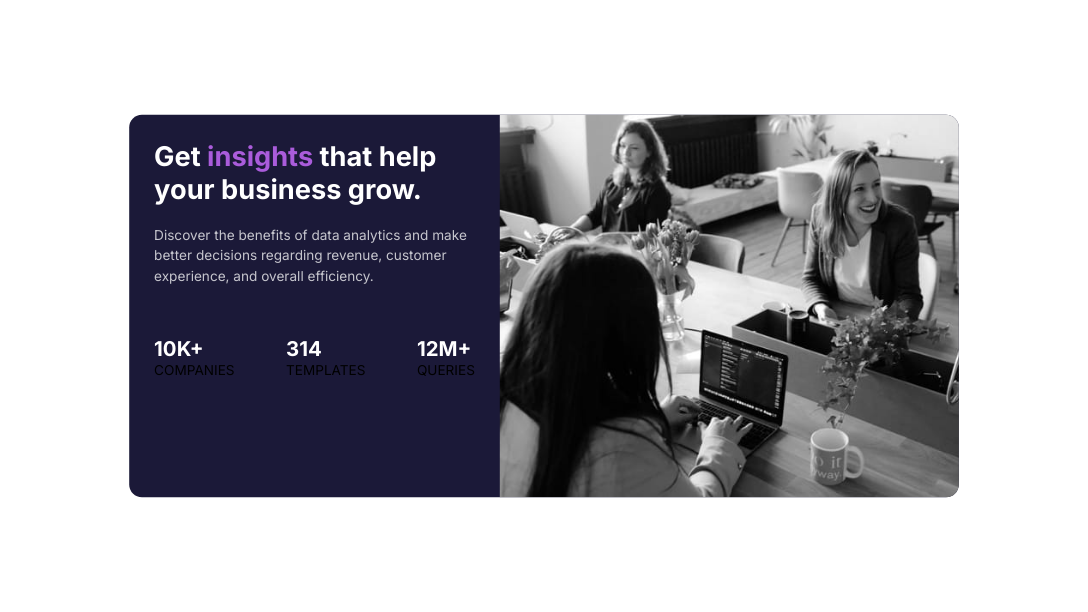
Repository: keisewarsame/stats-preview-frontendmentor
Page: index.html
An editor plug-in stored every save of this project. The page is shown before and after a run of saves, followed by the edit.
The browser window is 1280 px wide. The pictures show the whole page, at 85% of full size.

Above is the page before, as saved 2022-07-12 13:05:29.

### index.html
<!DOCTYPE html>
<html lang="en">
<head>
  <meta charset="UTF-8">
  <meta name="viewport" content="width=device-width, initial-scale=1.0"> <!-- displays site properly based on user's device -->
  <link rel="icon" type="image/png" sizes="32x32" href="./images/favicon-32x32.png">
  <link rel="stylesheet" href="styles.css">
  <title>Frontend Mentor | Stats preview card component</title>
</head>
<body>
    <div class="container">
        <div class="wrapper">
            <div class="text-component">
                <h1 class="title">Get <span>insights</span> that help your business grow.</h1>
                <p class="subtitle">Discover the benefits of data analytics and make better decisions regarding revenue, customer experience, and overall efficiency.</p>
                <div class="stats-component">
                    <div>
                        <p class="num">10K+</p>
                        <p class="stats-sub">Companies</p>
                    </div>
                    <div>
                        <p class="num">314</p>
                        <p class="stats-sub">Templates</p>
                    </div>
                    <div>
                        <p class="num">12M+</p>
                        <p class="stats-sub">Queries</p>
                    </div>
                </div>
            </div>
            <div class="image-component">
                <img src="/images/image-header-desktop.jpg" alt="">
            </div>
        </div>
    </div>
</body>
</html>

### styles.css
@import url('https://fonts.googleapis.com/css2?family=Inter:wght@400;700&family=Lexend+Deca&display=swap');

* {
    margin: 0;
    padding: 0;
}

body {
    display: flex;
    align-items: center;
    min-height: 100vh;
}

.container {
    margin: 0 auto;
    max-width: 1040px;
}

.wrapper {
    background-color: hsl(244, 38%, 16%);
    display: flex;
    border-radius: 15px;
    overflow: hidden;
    margin: 2rem;
}

.text-component {
    padding: 3%;
    font-family: 'Inter', sans-serif;
}

.title {
    color: hsl(0, 0%, 100%);
    padding-bottom: 22px;
    font-weight: 700;
}

.title span {
    color: hsl(277, 64%, 61%)
}

.subtitle {
    color: hsla(0, 0%, 100%, 0.75);
    line-height: 1.5;
}

.stats-component {
    display: flex;
    justify-content: space-between;
    padding-top: 60px;
}

.num {
    color: hsl(0, 0%, 100%);
    font-weight: 700;
    font-size: 24px;
}

.stats-sub {
    text-transform: uppercase;
}





img {
    height: 100%;
}

After the next 2 saves:
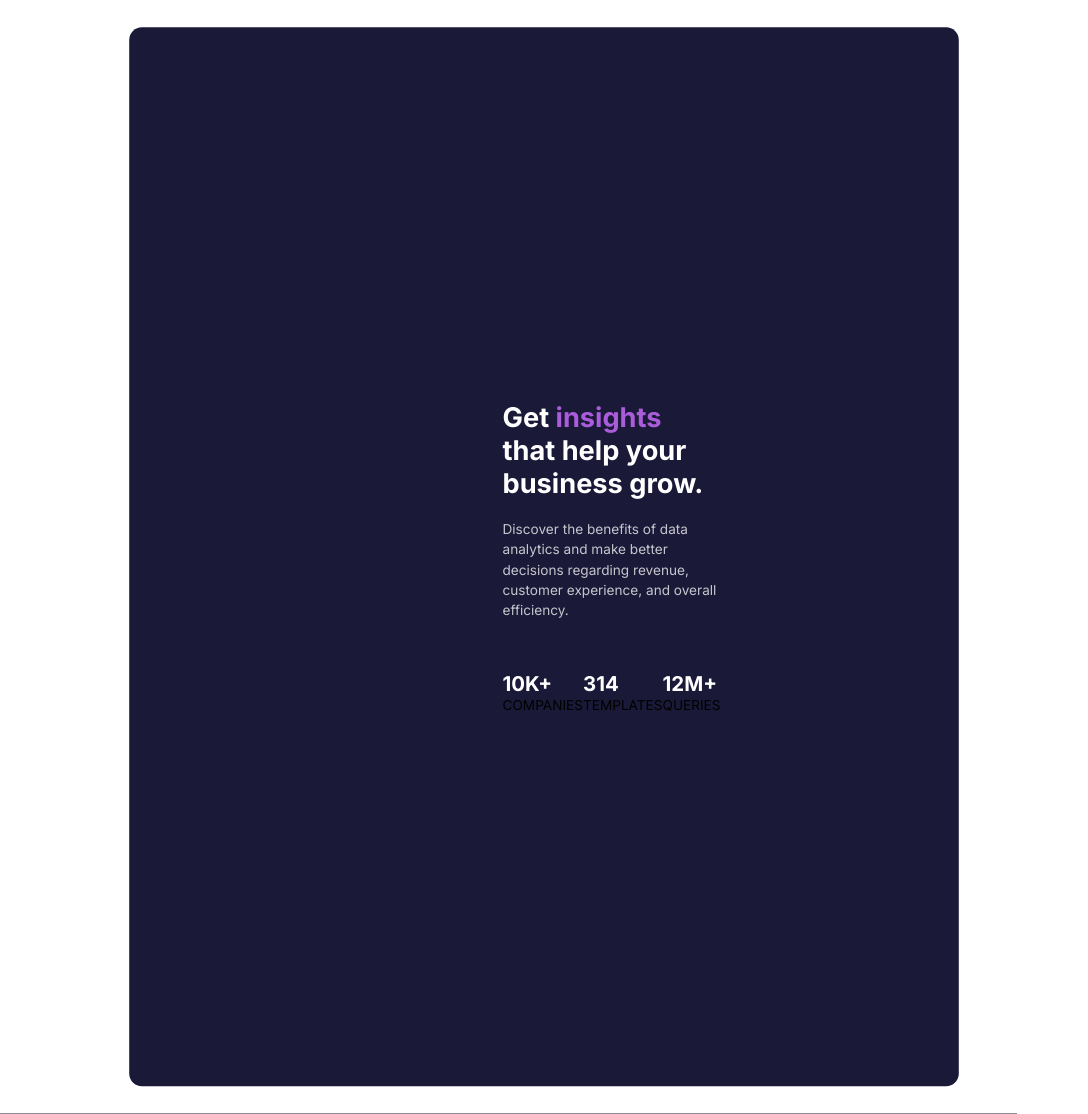
The 2 saves are shown as one change because they came seconds apart.
The last was saved 7 s later.
--- a/styles.css
+++ b/styles.css
@@ -25,7 +25,7 @@ body {
 }
 
 .text-component {
-    padding: 3%;
+    padding: 45%;
     font-family: 'Inter', sans-serif;
 }
 
